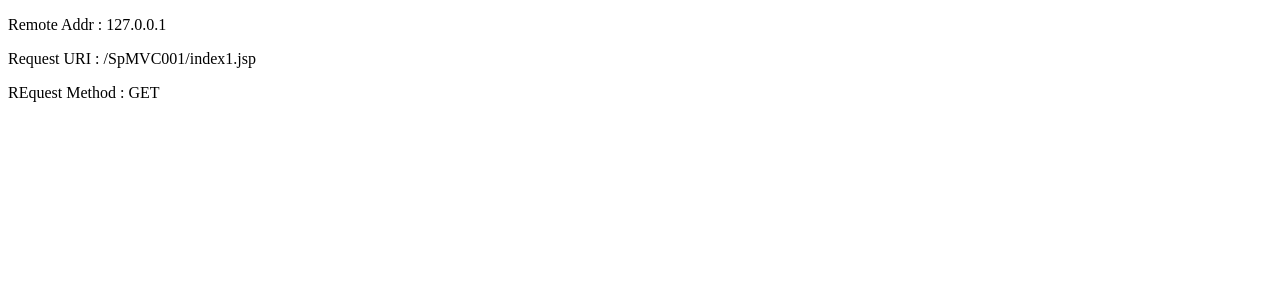
Repository: whdghks8021/Spring
Page: http://localhost/SpMVC001/index1.jsp
These files come from the project's save history. The page is drawn as it stood at one moment and after the next save; the edit follows.
The browser window is 1280 px wide. The pictures show the whole page.
The page is served by Tomcat 9. Other server files are loaded and not shown.

Above is the page before, as saved 2019-01-17 04:47:49.

### SpMVC001/src/main/webapp/index1.jsp
<%@ page language="java" contentType="text/html; charset=UTF-8"
    pageEncoding="UTF-8"%>
<!DOCTYPE html>
<html>
<head>
<meta charset="UTF-8">
<title>Insert title here</title>
</head>
<body>

<p>Remote Addr : <%= request.getRemoteAddr() %>
<p>Request URI : <%= request.getRequestURI() %>
<p>REquest Method : <%= request.getMethod() %>
</body>
</html>

After the next save:
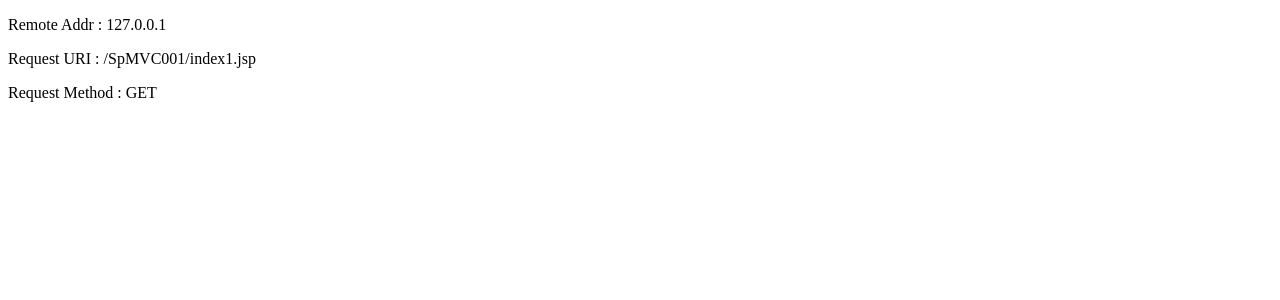
Saved 17 s later.
--- a/SpMVC001/src/main/webapp/index1.jsp
+++ b/SpMVC001/src/main/webapp/index1.jsp
@@ -10,6 +10,6 @@
 
 <p>Remote Addr : <%= request.getRemoteAddr() %>
 <p>Request URI : <%= request.getRequestURI() %>
-<p>REquest Method : <%= request.getMethod() %>
+<p>Request Method : <%= request.getMethod() %>
 </body>
 </html>
